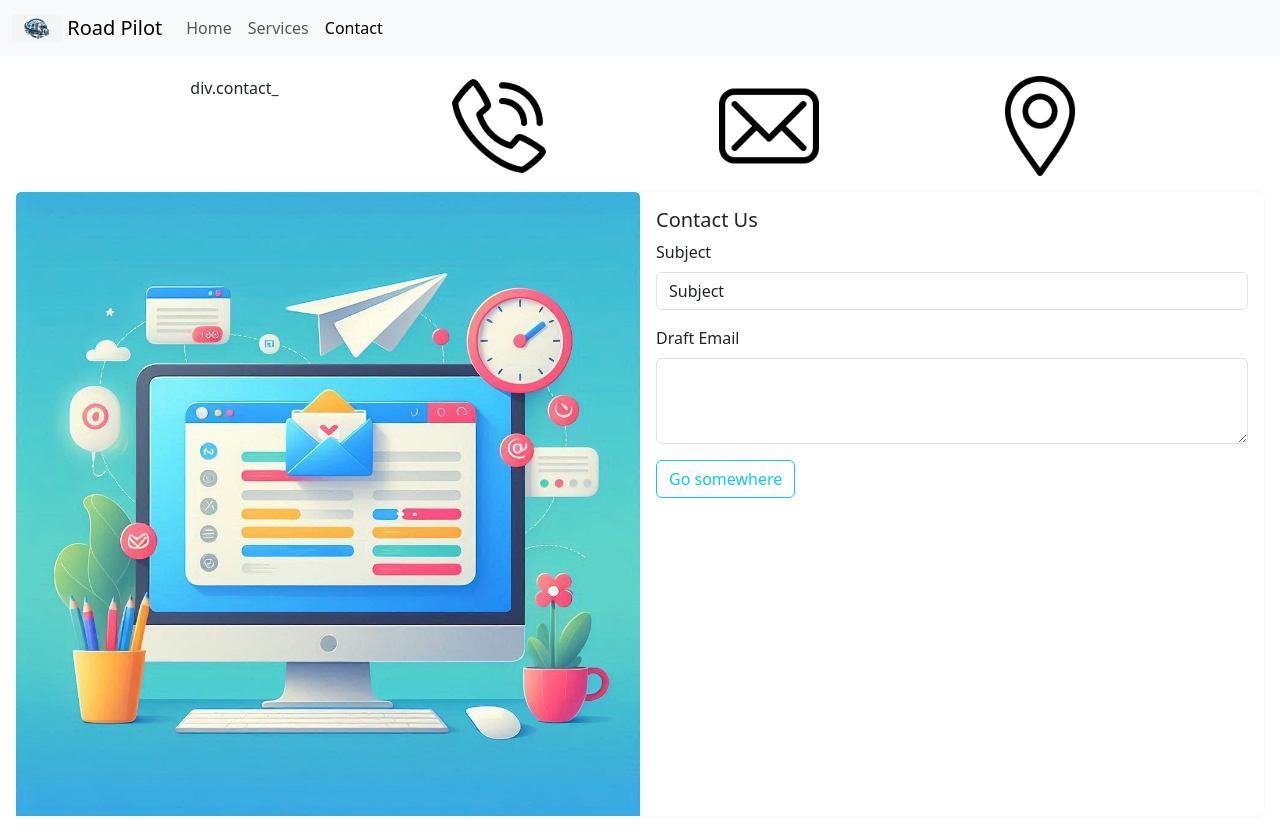
Repository: VictoriousMango/WebCreator
Page: pages/contact.html
An editor plug-in stored every save of this project. The page is shown before and after a run of saves, followed by the edit.
The browser window is 1280 px wide. The pictures show the whole page.

Above is the page before, as saved 2024-11-09 13:15:24.

After the next 2 saves:
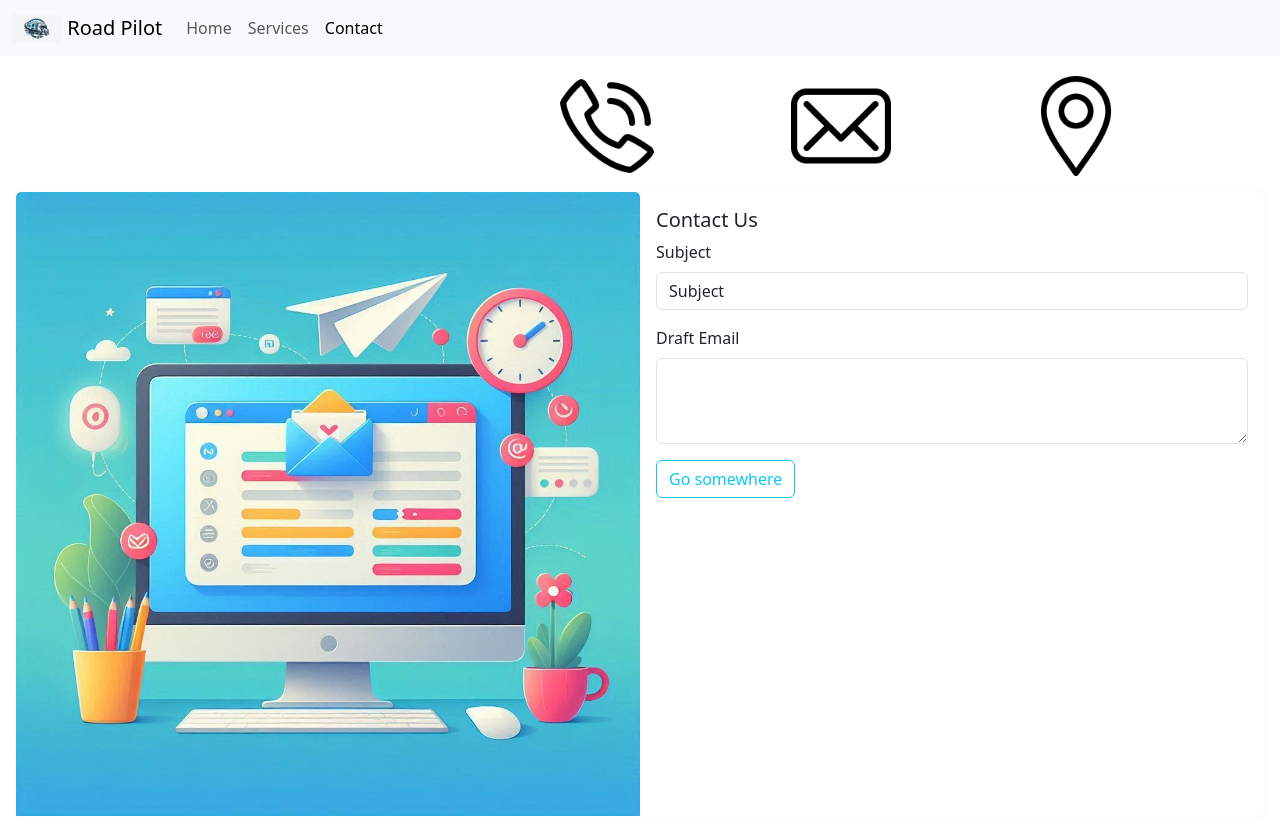
The 2 saves are shown as one change because they came seconds apart.
The last was saved 8 s later.
--- a/pages/contact.html
+++ b/pages/contact.html
@@ -44,7 +44,9 @@
         <!-- div for icons -->
         <div class="contact__links">
             <!-- phone number -->
-             div.contact_
+             <div class="contact__link"></div>
+             <div class="contact__link"></div>
+             <div class="contact__link"></div>
             <img class="contact__linksIMG" src="../assets/images/contact__phone.png" alt="">
             <img class="contact__linksIMG" src="../assets/images/contact__email.png" alt="">
             <img class="contact__linksIMG" src="../assets/images/contact__location.png" alt="">
